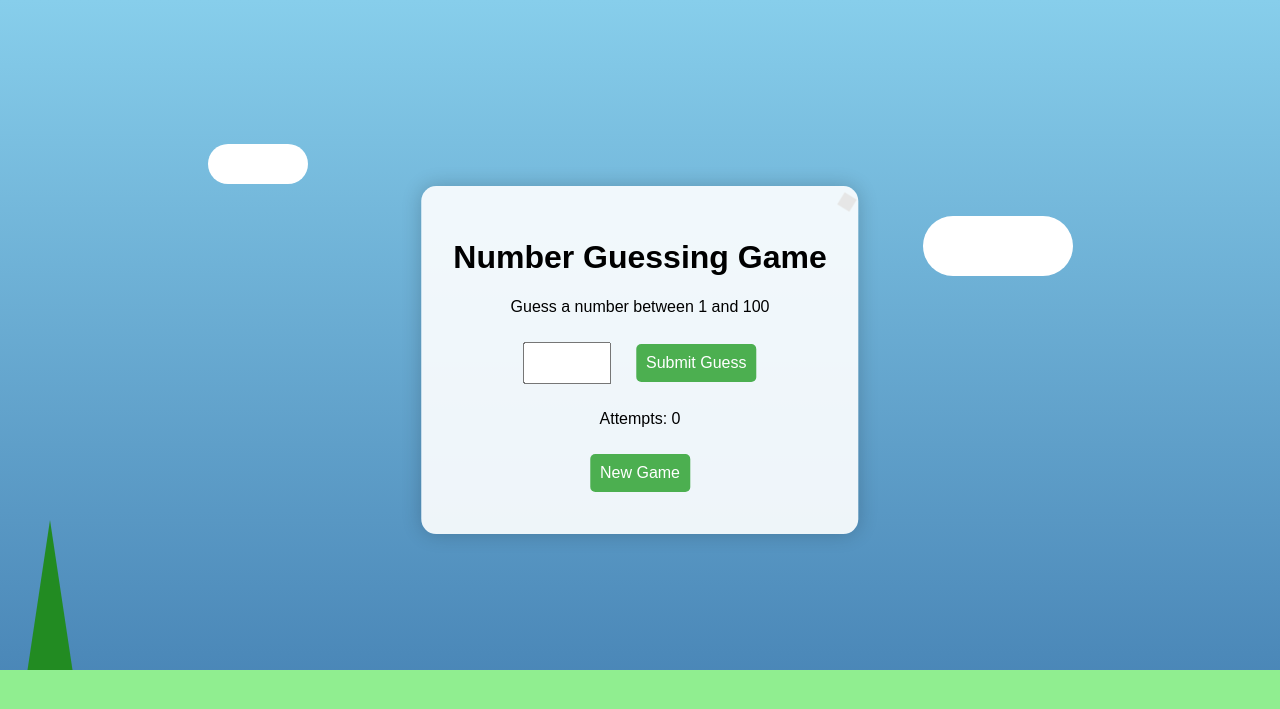
Repository: TasnimulIntazamAsif/NumberGuess
Page: game.html
An editor plug-in stored every save of this project. The page is shown before and after the next save, followed by the edit.
The browser window is 1280 px wide. The pictures show the whole page.

Above is the page before, as saved 2025-01-05 15:29:08.

After the next save:
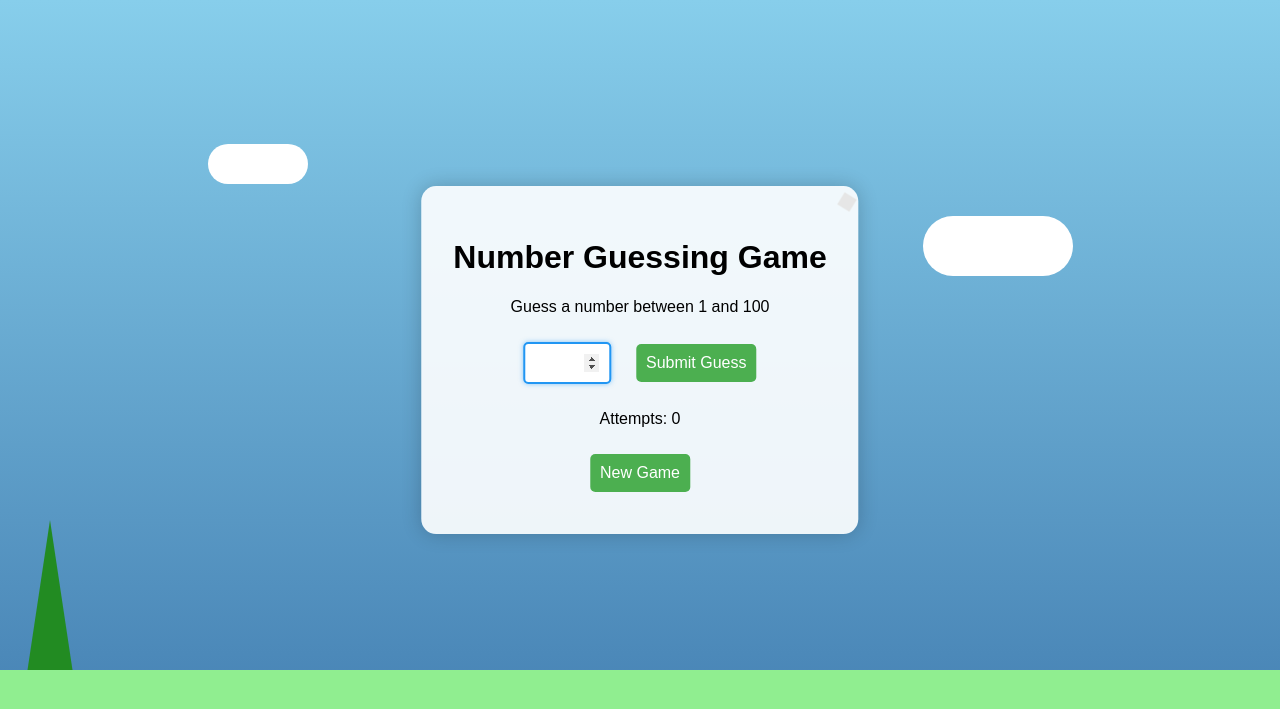
Saved 5 min 24 s later.
--- a/style.css
+++ b/style.css
@@ -23,6 +23,11 @@ body {
     box-shadow: 0 0 20px rgba(0,0,0,0.2);
     z-index: 10;
     text-align: center;
+    transition: transform 0.2s;
+}
+
+.game-box:hover {
+    transform: translate(-50%, -50%) scale(1.01);
 }
 
 input, button {
@@ -37,11 +42,17 @@ button {
     border: none;
     border-radius: 5px;
     cursor: pointer;
-    transition: transform 0.3s;
+    transition: transform 0.3s, box-shadow 0.3s;
 }
 
 button:hover {
     transform: scale(1.05);
+}
+
+button:disabled {
+    cursor: not-allowed;
+    opacity: 0.7;
+    background: #cccccc;
 }
 
 /* Environment Elements */
@@ -125,3 +136,20 @@ button:hover {
         transform: rotate(180deg);
     }
 }
+
+/* Cursor styles */
+input {
+    cursor: text;
+    outline: none;
+    border: 2px solid #4CAF50;
+    border-radius: 5px;
+}
+
+input:focus {
+    border-color: #2196F3;
+    box-shadow: 0 0 5px rgba(33, 150, 243, 0.5);
+}
+
+.enter-button {
+    cursor: pointer;
+}
--- a/script.js
+++ b/script.js
@@ -7,11 +7,16 @@ function initGame() {
     document.getElementById('message').textContent = '';
     document.getElementById('attempts').textContent = 'Attempts: 0';
     document.getElementById('guessInput').value = '';
+    document.getElementById('guessInput').focus();
 }
 
 function checkGuess() {
     const guess = parseInt(document.getElementById('guessInput').value);
     const messageElement = document.getElementById('message');
+    const guessInput = document.getElementById('guessInput');
+
+    guessInput.value = '';
+    guessInput.focus();
 
     if (isNaN(guess) || guess < 1 || guess > 100) {
         messageElement.textContent = 'Please enter a valid number between 1 and 100';
@@ -42,3 +47,13 @@ function resetGame() {
 
 // Initialize the game when the page loads
 window.onload = initGame;
+
+// Add keyboard support
+document.addEventListener('keypress', function(e) {
+    if (e.key === 'Enter') {
+        const guessInput = document.getElementById('guessInput');
+        if (document.activeElement === guessInput) {
+            checkGuess();
+        }
+    }
+});
